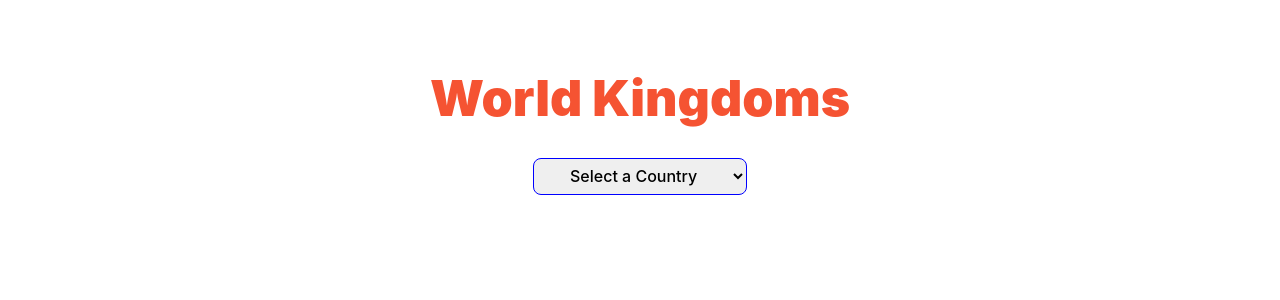
Repository: GloGlorGloria/COMP3170-lab7
Page: /
The author's editor kept a copy of each file at every save. The page is drawn from the files as they stood at one save, then again after the next save.
The browser window is 1280 px wide. The pictures show the whole page.
The page's requests for data from a server got no answer. The project was rebuilt for these pictures with package versions that can differ from the ones it lists, and the page was loaded fresh each time. No one was signed in, and anything a server would have sent is missing. Also part of the build but not shown: vite.config.js, src/components/Details.jsx.

Above is the page before, as saved 2024-11-24 02:17:07.

After the next save:
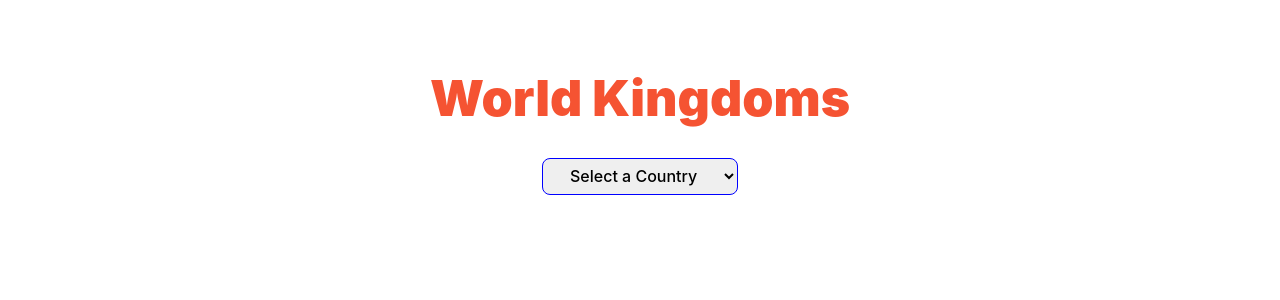
Saved 13 s later.
--- a/src/index.css
+++ b/src/index.css
@@ -35,8 +35,9 @@
 
 .dropdown {
   border-radius: 8px;
+  justify-content: center;;
   border: 1px solid blue;
-  padding: 0.4em 2em;
+  padding: 0.4em 2cap;
   font-size: 1em;
   font-weight: 500;
   font-family: inherit;

After the 6 saves that followed:
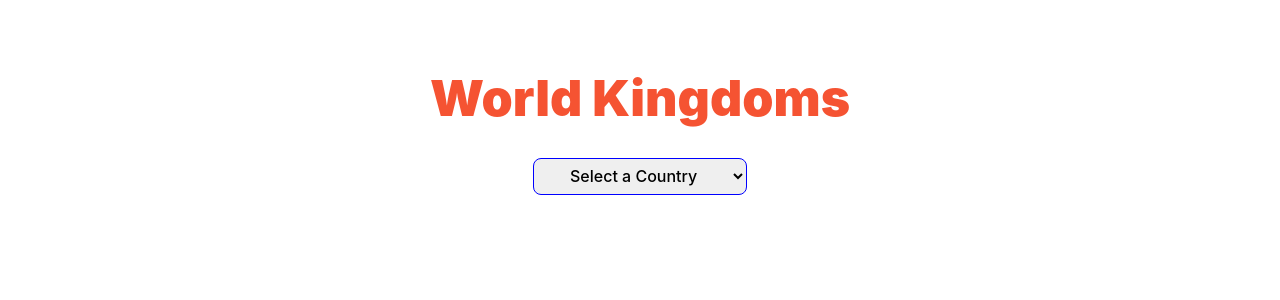
The 6 saves are shown as one change because 3 left the picture as it was and some came seconds apart.
The last was saved 22 s later.
--- a/src/index.css
+++ b/src/index.css
@@ -35,9 +35,9 @@
 
 .dropdown {
   border-radius: 8px;
-  justify-content: center;;
+  justify-content: center;
   border: 1px solid blue;
-  padding: 0.4em 2cap;
+  padding: 0.4em 2em;
   font-size: 1em;
   font-weight: 500;
   font-family: inherit;
